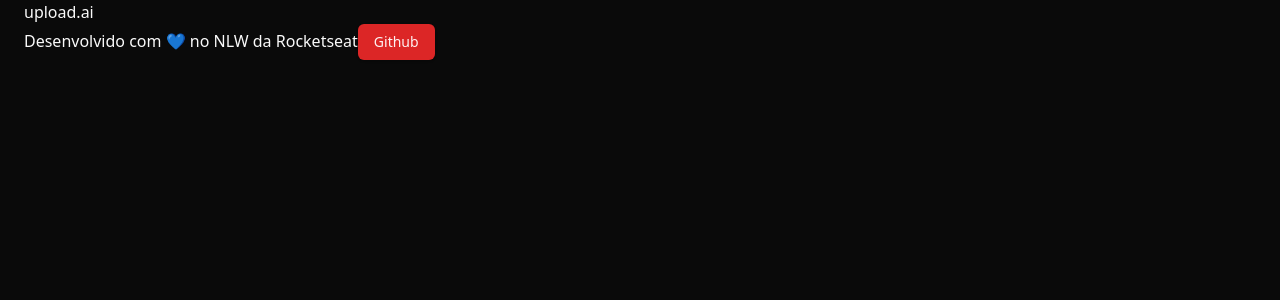
Repository: ricardolimati/upload-ai-web
Page: /
An editor plug-in stored every save of this project. The page is shown before and after the next save, followed by the edit.
The browser window is 1280 px wide. The pictures show the whole page.
The project was rebuilt for these pictures with package versions that can differ from the ones it lists, and the page was loaded fresh each time. Also part of the build but not shown: vite.config.ts.

Above is the page before, as saved 2023-09-11 23:06:26.

After the next save:
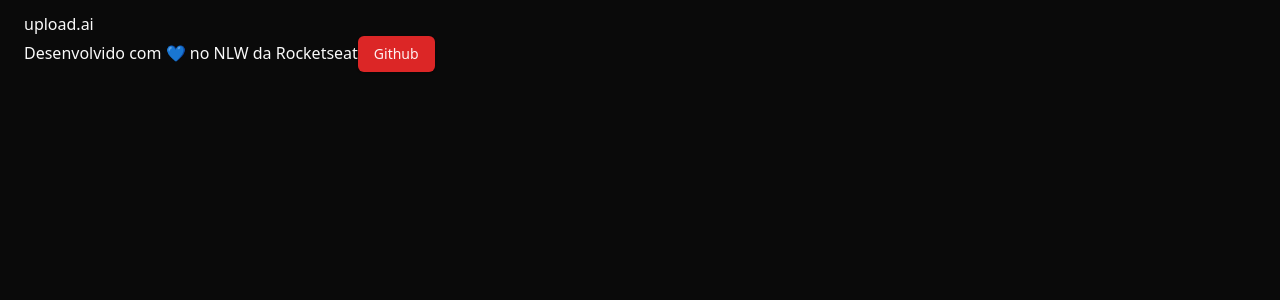
Saved 10 s later.
--- a/src/App.tsx
+++ b/src/App.tsx
@@ -3,7 +3,7 @@ import { Button } from "./components/ui/button";
 export function App() {
   return(
    <div>
-    <div className="px-6">
+    <div className="px-6 py-3">
       <h1>upload.ai</h1>
       <div>
         <span>Desenvolvido com 💙 no NLW da Rocketseat</span>
